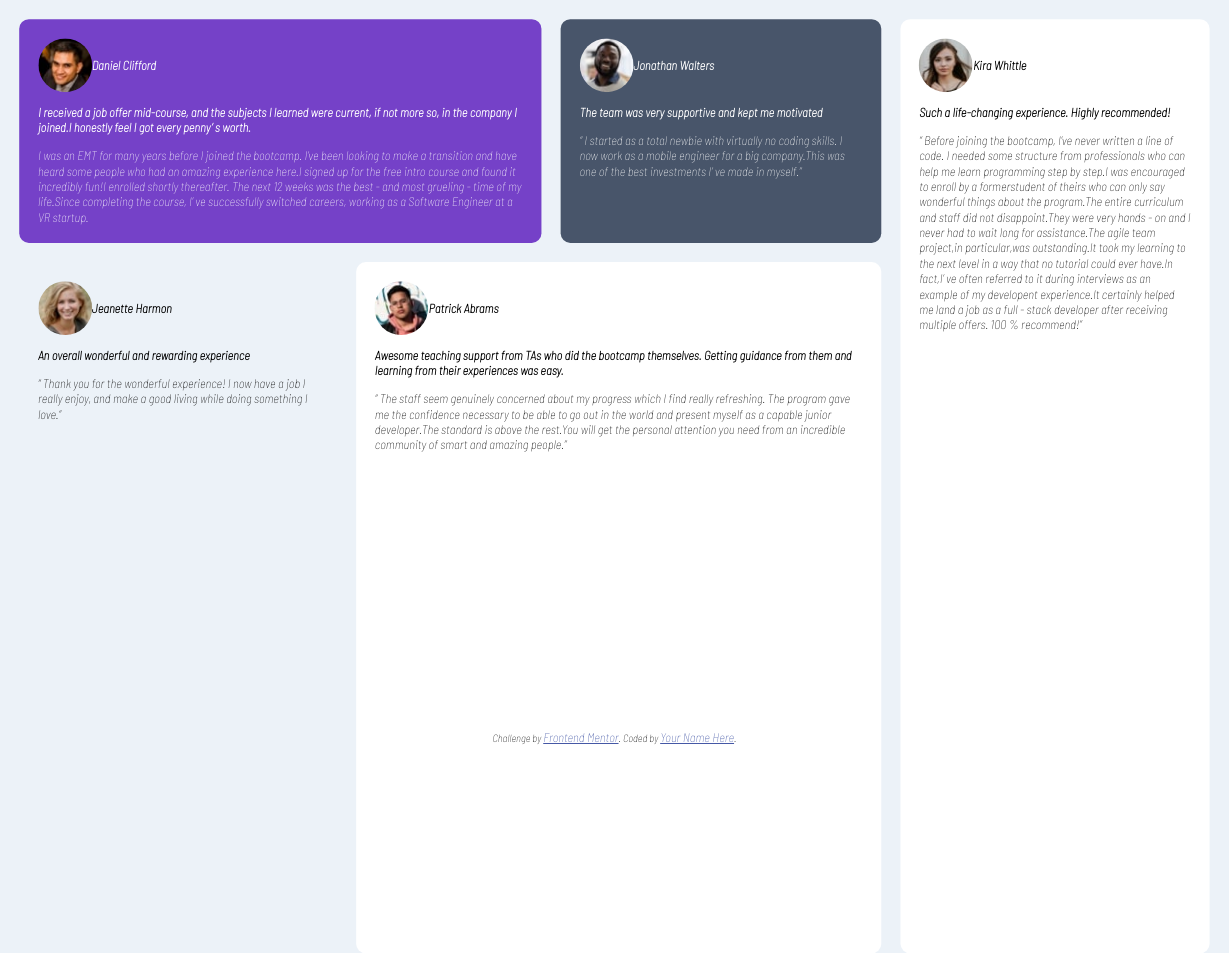
Repository: ibtihelbs/testimonials-grid-section-main
Page: index.html
These files come from the project's save history. The page is drawn as it stood at one moment and after the next save; the edit follows.
The browser window is 1280 px wide. The pictures show the whole page, at 96% of full size.

Above is the page before, as saved 2022-04-13 17:00:42.

After the next save:
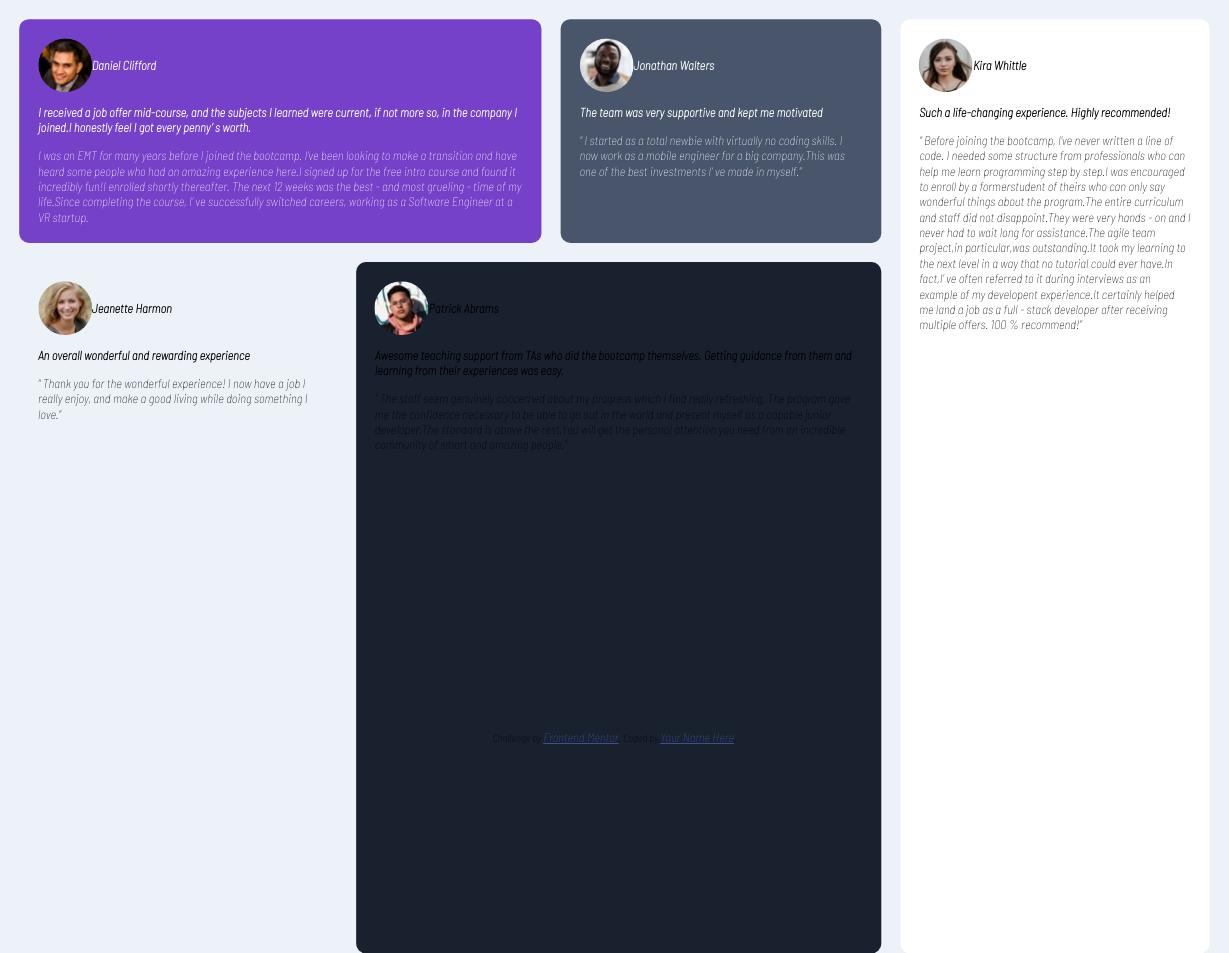
Saved 44 s later.
--- a/style.css
+++ b/style.css
@@ -67,6 +67,7 @@
   grid-area: fifth;
   height: 100vh;
   background-color: var(--White);
+  background-color: var(--Blackish-blue);
   order: 3;
 }
 
